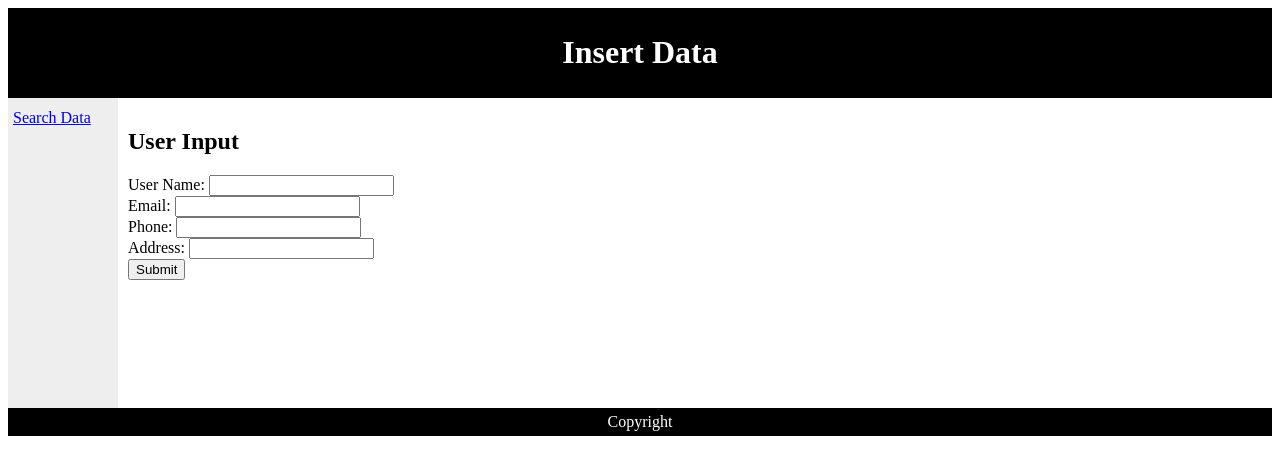
Repository: koleyy/4830_tech_exercise
Page: tech_one/src/main/webapp/insert_jaixen.html
The author's editor kept a copy of each file at every save. The page is drawn from the files as they stood at one save, then again after the next save.
The browser window is 1280 px wide. The pictures show the whole page.

Above is the page before, as saved 2023-10-11 19:08:00.

### tech_one/src/main/webapp/insert_jaixen.html
<html>
<head>
<style>
header {
    background-color:black;
    color:white;
    text-align:center;
    padding:5px;
}
nav {
    line-height:30px;
    background-color:#eeeeee;
    height:300px;
    width:100px;
    float:left;
    padding:5px;
}
section {
    width:350px;
    float:left;
    padding:10px;
}
footer {
    background-color:black;
    color:white;
    clear:both;
    text-align:center;
    padding:5px;
}
</style>
</head>

<body>
<header>
<h1> Insert Data </h1>
</header>

<nav>
<a href="/tech_one/search_jaixen.html">Search Data</a> <br>
</nav>

<section>
	<h1>User Input</h1>

	<form action="SimpleFormInsert" method="POST">

		User Name: <input type="text" name="userName"> <br />
		Email: <input type="text" name="email"> <br />
		Phone: <input type="text" name="phone"> <br />
		Address: <input type="text" name="address"> <br />

		<input type="submit" value="Submit" />
	</form>

</section>

<footer>
Copyright
</footer>
</body>
</html>

After the next save:
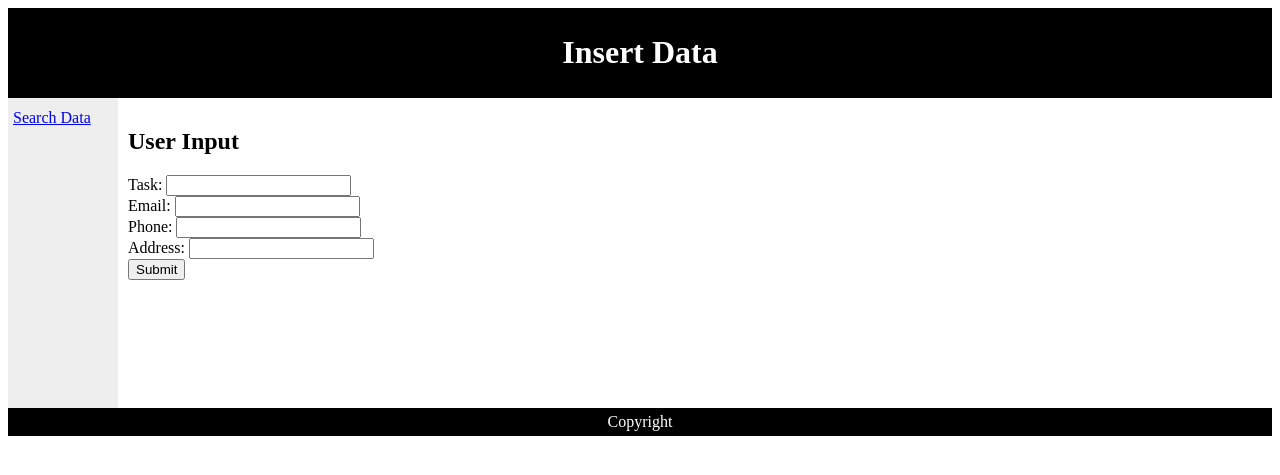
Saved 34 min 5 s later.
--- a/tech_one/src/main/webapp/insert_jaixen.html
+++ b/tech_one/src/main/webapp/insert_jaixen.html
@@ -44,7 +44,7 @@ footer {
 
 	<form action="SimpleFormInsert" method="POST">
 
-		User Name: <input type="text" name="userName"> <br />
+		Task: <input type="text" name="task"> <br />
 		Email: <input type="text" name="email"> <br />
 		Phone: <input type="text" name="phone"> <br />
 		Address: <input type="text" name="address"> <br />
